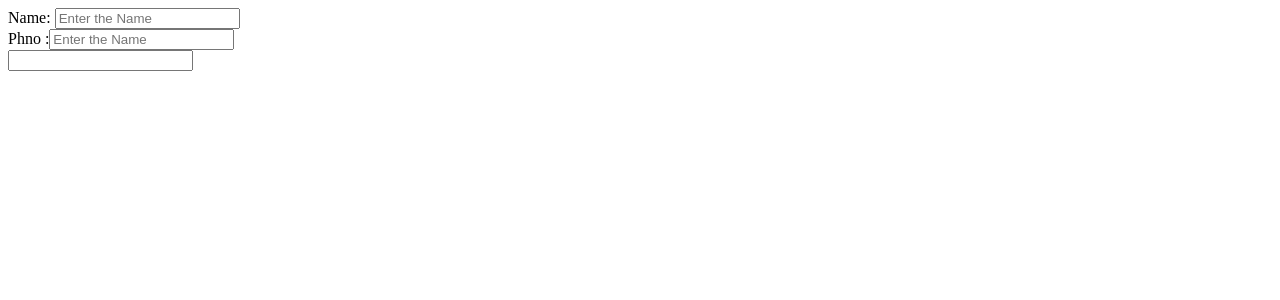
Repository: RishabhUmredkar/Adv-Java
Page: Form/src/main/webapp/index.html
These files come from the project's save history. The page is drawn as it stood at one moment and after a run of saves; the edit follows.
The browser window is 1280 px wide. The pictures show the whole page.

Above is the page before, as saved 2024-12-31 12:48:36.

### Form/src/main/webapp/index.html
<!DOCTYPE html>
<html>
<head>
<meta charset="ISO-8859-1">
<title>Insert title here</title>
</head>
<body>

<form action="reg">
Name: <input type="text" placeholder="Enter the Name" name ="userName"><br>
Phno :<input type="text" placeholder="Enter the Name" name ="phno"><br>
<input type="s">
</form>
</body>
</html>

After the next 2 saves:
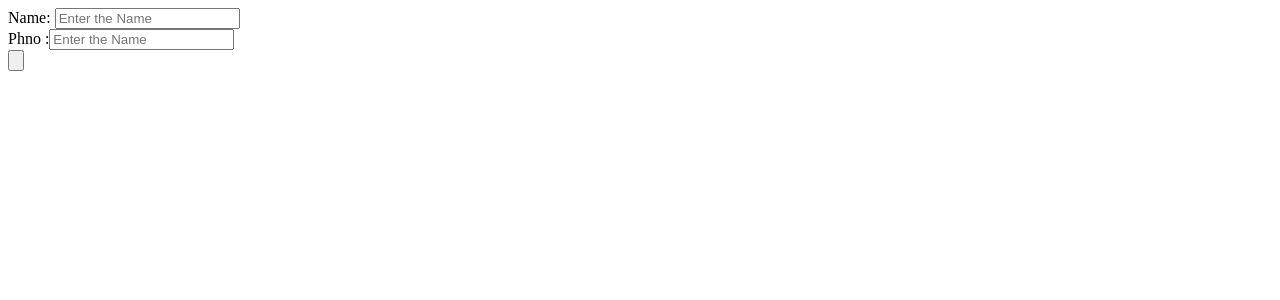
The 2 saves are shown as one change because they came seconds apart.
The last was saved 7 s later.
--- a/Form/src/main/webapp/index.html
+++ b/Form/src/main/webapp/index.html
@@ -9,7 +9,7 @@
 <form action="reg">
 Name: <input type="text" placeholder="Enter the Name" name ="userName"><br>
 Phno :<input type="text" placeholder="Enter the Name" name ="phno"><br>
-<input type="s">
+<input type="submit" value="">
 </form>
 </body>
 </html>
